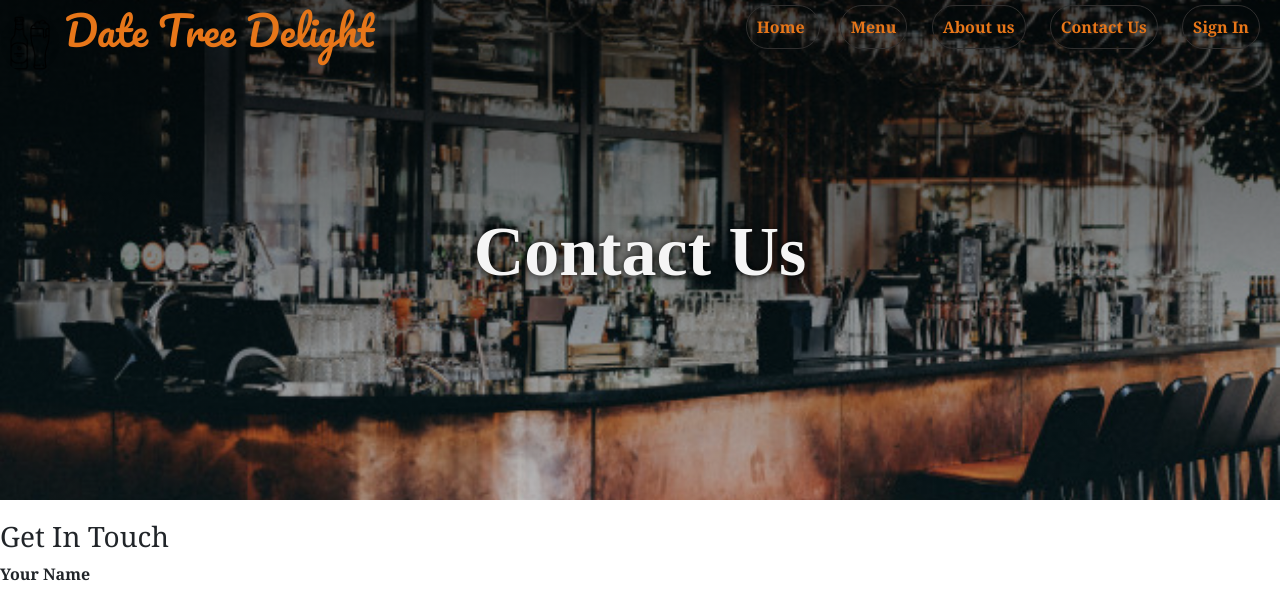
Repository: jadagoring/DateTreeDelight
Page: http://localhost/contactus.php
The author's editor kept a copy of each file at every save. The page is drawn from the files as they stood at one save, then again after the next save.
The browser window is 1280 px wide. The pictures show the part of the page from y = 0 to 600 px (the page is 1604 px tall before and 1642 px after).
Pictures or frames that could not be fetched are drawn as grey boxes. Some web fonts or font styles are not loaded; a fallback is used. Some web libraries are served in a nearby version. The page is run by PHP 8.4 with error messages shown; the project is at /var/www/html/.

Above is the page before, as saved 2020-06-04 13:33:55.

### contactus.php
<?php
include "templates/header.php";
?>

<div class="contactus-header">
    <div class="seperator-div"></div>
    <h1 class="contactus-hdr">Contact Us</h1>
</div>

<div class="contactus-body">
    <div class="contact-map">
        <iframe src="https://www.google.com/maps/embed?pb=!1m14!1m8!1m3!1d970.731163968368!2d-59.582570999999994!3d13.292647000000047!3m2!1i1024!2i768!4f13.1!3m3!1m2!1s0x0%3A0xdbafc17f6561b8ef!2sDate%20tree%20hill%20bar!5e0!3m2!1sen!2sus!4v1591291810439!5m2!1sen!2sus" width="600" height="500" frameborder="0" style="border:0;" allowfullscreen="" aria-hidden="false" tabindex="0"></iframe>
    </div>
    <div class="contact-left">
        <div class="contact-form">
            <div class="contact-left">
                <form action="/">
                    <div class="contact-form-info">
                        <div class="contact-form-info2">
                            <h3 style="padding-top: 20px">Get In Touch</h3>
                            <p class="contact-form-text">Your Name</p>
                            <input type="text" name="name" class="contact-form-input">
                            <p class="contact-form-text">Your Email</p>
                            <input type="text" name="email" class="contact-form-input">
                            <p class="contact-form-text">Subject</p>
                            <input type="text" name="subject" class="contact-form-input">
                            <p class="contact-form-text">Your Message</p>
                            <input type="text" name="message" class="contact-form-textbox">
                            <br>
                            <button type="submit" class="contact-form-button">Submit</button>
                        </div>
                    </div>
                </form>
            </div>
        </div>
    </div>
</div>

<?php include "templates/footer.php"; ?>

### templates/header.php
<?php
session_start();

if (isset($_SESSION['Occupation'])) {
    $Occupation = $_SESSION['Occupation'];
}
else{
    $Occupation = "Random";
}
?>
<!DOCTYPE html>
<html lang="en">

<head>
    <meta charset="UTF-8">
    <meta name="viewport" content="width=device-width, initial-scale=1.0">
    <title>Date Tree Delight</title>

    <!-- CSS -->
    <link rel="stylesheet" href="https://stackpath.bootstrapcdn.com/bootstrap/4.4.1/css/bootstrap.min.css" integrity="sha384-Vkoo8x4CGsO3+Hhxv8T/Q5PaXtkKtu6ug5TOeNV6gBiFeWPGFN9MuhOf23Q9Ifjh" crossorigin="anonymous">
    <link rel="stylesheet" href="assets\css\styles.css">

    <!-- JavaScript -->
    <script src="https://code.jquery.com/jquery-3.4.1.slim.min.js" integrity="sha384-J6qa4849blE2+poT4WnyKhv5vZF5SrPo0iEjwBvKU7imGFAV0wwj1yYfoRSJoZ+n" crossorigin="anonymous"></script>
    <script src="https://cdn.jsdelivr.net/npm/popper.js@1.16.0/dist/umd/popper.min.js" integrity="sha384-Q6E9RHvbIyZFJoft+2mJbHaEWldlvI9IOYy5n3zV9zzTtmI3UksdQRVvoxMfooAo" crossorigin="anonymous"></script>
    <script src="https://stackpath.bootstrapcdn.com/bootstrap/4.4.1/js/bootstrap.min.js" integrity="sha384-wfSDF2E50Y2D1uUdj0O3uMBJnjuUD4Ih7YwaYd1iqfktj0Uod8GCExl3Og8ifwB6" crossorigin="anonymous"></script>
    <script src="https://kit.fontawesome.com/e9662c41f5.js" crossorigin="anonymous"></script>
</head>

<body>
    <!-- No log in -->
    <?php if ($Occupation == "Random") { ?>

    <div id="Navbar" class="nav-bar">
        <div class="right-nav">
            <a href="index.php" class="side-links">Home </a>
            <a href="Menu.php" class="side-links">Menu</a>
            <a href="Aboutus.php" class="side-links">About us</a>
            <a href="Contactus.php" class="side-links">Contact Us</a>
            <a href="login.html" class="side-links" style="margin-right:20px">Sign In</a>
        </div>

        <div class="left-nav">
            <div class="left-info">
                <img src="assets\images\l-07-512.png" style="width: 60px; height: 60px; border-radius: 30px;" alt="Logo">
                <span class="nav-text">Date Tree Delight</span>
            </div>
        </div>
    </div>
    <?php
    }
    ?>

    <!-- Customers login -->
    <?php if ($Occupation == "Customer") { ?>

        <div id="Navbar" class="nav-bar">
            <div class="right-nav">
                <a href="shoppingcart.php"><img src="assets/images/shopping-cart.png" alt="shoppingcart" class="shop-cart"></a>
                <a href="index.php" class="side-links">Home </a>
                <a href="Menu.php" class="side-links">Menu</a>
                <a href="Aboutus.php" class="side-links">About us</a>
                <a href="Contactus.php" class="side-links">Contact Us</a>
                <a href="signout.php" class="side-links" style="margin-right:20px">Sign Out</a>
            </div>

            <div class="left-nav">
                <div class="left-info">
                    <img src="assets\images\l-07-512.png" style="width: 60px; height: 60px; border-radius: 30px;" alt="Logo">
                    <span class="nav-text">Date Tree Delight</span>
                </div>
            </div>
        </div>
    <?php
    }
    ?>

    <!-- Employees Logged in -->
    <?php if ($Occupation == "Employee") { ?>

        <div id="Navbar" class="nav-bar">
            <div class="right-nav">
                <a href="order.php" class="side-links">Orders </a>
                <a href="inventory.php" class="side-links">Inventory</a>
                <a href="inquiries.php" class="side-links">Inquiries</a>
                 <a href="signout.php" class="side-links" style="margin-right:20px">Sign Out</a>
            </div>

            <div class="left-nav">
                <div class="left-info">
                    <img src="assets\images\l-07-512.png" style="width: 60px; height: 60px; border-radius: 30px;" alt="Logo">
                    <span class="nav-text">Date Tree Delight</span>
                </div>
            </div>
        </div>
    <?php } ?>

    <!-- Admin logged in -->
    <?php if ($Occupation == "Owner") { ?>
        <div id="Navbar" class="nav-bar">
            <div class="right-nav">
                <a href="events.php" class="side-links">Events</a>
                <a href="order.php" class="side-links">Orders</a>
                <a href="inventory.php" class="side-links">Inventory</a>
                <a href="inquiries.php" class="side-links">Inquires</a>
                <a href="Employees.php" class="side-links">Employees</a>
                <a href="signout.php" class="side-links" style="margin-right:20px">Sign Out</a>
            </div>

            <div class="left-nav">
                <div class="left-info">
                    <img src="assets\images\l-07-512.png" style="width: 60px; height: 60px; border-radius: 30px;" alt="Logo">
                    <span class="nav-text">Date Tree Delight</span>
                </div>
            </div>
        </div>
    <?php } ?>

### templates/footer.php
    <div class="footer">
        <div class="container">
            <div class="row footer-nav">
                <div class="col-2"> <a href="index.html" class="side-links">Home </a> </div>
                <div class="col-2"> <a href="Menu.html" class="side-links">Menu</a> </div>
                <div class="col-2"> <a href="Orders.html" class="side-links">Order</a> </div>
                <div class="col-2"> <a href="Aboutus.html" class="side-links">About us</a> </div>
                <div class="col-2"> <a href="Contactus.html" class="side-links">Contact Us</a> </div>
                <div class="col-2"> <a href="Vorder.html" class="side-links">View Orders</a> </div>
            </div>

            <div class="spacer-div"></div>
            <div class="row footer-nav-text">
                <div style="text-align:center; margin-left: auto; margin-right: auto;">
                    <hr class="footer-hr" style="width:300px;">
                    <p class="footer-text"> Address: </p>
                    <p>Date Tree Hill, St. Peter</p>
                    <hr class="footer-hr" style="width:200px;">
                    <p class="footer-text">Telephone No.:</p>
                    <p>1 (246) 555-5050</p>
                    <hr class="footer-hr" style="width:100px;">
                </div>
            </div>

            <div class="row">
                <div class="socials" style="text-align:center; margin-left: auto; margin-right: auto;">
                    <p> <a href="https://instagram.com/datetreedelight?igshid=wuq8k1wrkhhx"><i class="fab fa-instagram"></i> </a>
                        <a href="https://facebook.com/datetreedelight246"><i class="fab fa-facebook-square"> </i></a>
                    </p>
                </div>
            </div>

            <div class="row">
                <div class="footer-comp" style="text-align:center; margin-left: auto; margin-right: auto;">
                    <p> Created By: <span class="footer-company"> Code Like a Girl &copy </span> </p>
                </div>
            </div>

        </div>
    </div>
    </body>

    </html>

### assets/css/styles.css
/*Global Tag*/

* {
    margin: 0;
    padding: 0;
    font-family: Cambria, Cochin, Georgia, Times, 'Times New Roman', serif;
}

p {
    font-family: Georgia, 'Times New Roman', Times, serif;
    font-weight: bolder;
}

@font-face {
    font-family: Pacifico;
    src: url('../fonts/Pacifico/Pacifico-Regular.ttf');
}

@font-face {
    font-family: Merriweather;
    src: url('../fonts/Merriweather/');
}

table,
th,
td {
    border: 1px solid black;
}

table {
    width: 1080px;
    margin-top: 50px;
    margin-bottom: 50px;
}

th {
    text-align: center;
}

td {
    padding: 10px;
}


/* Classes */

.about-body {
    background-color: whitesmoke;
}

.about-header {
    height: 500px;
    background: linear-gradient(rgba(0, 0, 0, 0.7), rgba(0, 0, 0, 0.7)), url("../images/wine.jpg");
    background-repeat: no-repeat;
    background-size: cover;
    width: 100%;
    background-position-y: center;
}

.about-h {
    color: rgb(231, 118, 25);
    font-family: Georgia, 'Times New Roman', Times, serif;
}

.about-h2 {
    color: rgb(231, 118, 25);
    font-family: Georgia, 'Times New Roman', Times, serif;
    font-weight: bold;
}

.about-p {
    color: green;
}

.about-hr {
    width: 1000px;
    margin-left: auto;
    margin-right: auto;
    background-color: darkgrey;
}

.aboutus-header {
    font-family: Merriweather;
    font-weight: bold;
    font-size: 60px;
    color: whitesmoke;
    text-shadow: 0 0 10px black;
    text-align: center;
    padding-top: 110px;
}

.about-section-row {
    width: 50%;
    height: 400px;
    margin: 0 auto 0 auto;
    text-align: left;
    padding-top: 30px;
    padding-bottom: 30px;
}

.about-img {
    width: 250px;
    height: 370px;
    float: left;
    margin-right: 30px;
}

.about-img1 {
    width: 250px;
    height: 370px;
    float: right;
    margin-left: 30px;
}

.about-img2 {
    width: 250px;
    height: 370px;
    float: left;
    margin-right: 30px;
}

.billing-tbl {
    width: 900px;
    margin: 20px;
    padding: 20px;
}

.center {
    text-align: center;
}

.checkout-btn {
    background-color: rgb(197, 91, 4, 0.9);
    color: rgb(71, 192, 34);
    text-shadow: 0 0 5px black;
    font-family: Pacifico;
    font-size: 20px;
    border: none;
    padding: 25px 75px 25px 75px;
    border-radius: 50px;
    margin-bottom: 20px;
}

.checkout-btn:hover {
    transition-duration: 1s;
    background-color: rgba(55, 161, 23, 0.9);
    color: rgb(231, 118, 25);
}

.checkout-header {
    height: 500px;
    background: linear-gradient(rgba(0, 0, 0, 0.7), rgba(0, 0, 0, 0.7)), url("../images/checkout.jpg");
    background-repeat: no-repeat;
    background-size: cover;
    width: 100%;
    background-position-y: center;
}

.checkout-hdr {
    font-family: Merriweather;
    font-weight: bold;
    font-size: 60px;
    color: whitesmoke;
    text-shadow: 0 0 10px black;
    text-align: center;
    padding-top: 110px;
}

.contactus-header {
    height: 500px;
    background: linear-gradient(rgba(0, 0, 0, .7), rgba(0, 0, 0, .20)), url("../images/bar5.jpg");
    background-repeat: no-repeat;
    background-size: cover;
    width: 100%;
    background-position-y: center;
}

.contactus-hdr {
    font-family: Merriweather;
    font-weight: bold;
    font-size: 70px;
    color: whitesmoke;
    text-shadow: 0 0 10px black;
    text-align: center;
    padding-top: 110px;
}

.contactus-body{
    height: 700px;
    width: 100%;
}

.contact-map{
    float: right;
    width: 50%;
    margin-top: 100px;
}

.emp-body {
    margin-left: 200px;
}

.emp-header {
    width: 100%;
    background: linear-gradient(rgba(0, 0, 0, 0.7), rgba(0, 0, 0, 0.7)), url("../images/shopcart.jpg");
    background-repeat: no-repeat;
    background-size: cover;
    height: 500px;
}

.emp-hdr {
    font-family: Merriweather;
    font-weight: bold;
    font-size: 60px;
    color: whitesmoke;
    text-shadow: 0 0 10px black;
    text-align: center;
    padding-top: 110px;
}

.event-body {
    margin-left: 200px;
    margin-top: 20px
}

.event-header {
    width: 100%;
    background: linear-gradient(rgba(0, 0, 0, 0.7), rgba(0, 0, 0, 0.7)), url("../images/shopcart.jpg");
    background-repeat: no-repeat;
    background-size: cover;
    height: 500px;
}

.event-hdr {
    font-family: Merriweather;
    font-weight: bold;
    font-size: 60px;
    color: whitesmoke;
    text-shadow: 0 0 10px black;
    text-align: center;
    padding-top: 110px;
}

.footer {
    background-color: rgb(43, 43, 43);
    width: 100%;
    height: 100%;
}

.footer-nav {
    padding-top: 20px;
}

.footer-nav-text {
    color: rgb(231, 118, 25);
}

.footer-nav a:link {
    text-decoration: none;
    color: green;
    border-radius: 50px;
    font-weight: bold;
}

.footer-nav a:hover {
    transition-duration: 1s;
    color: black;
    background-color: rgb(231, 118, 25);
}

.footer-nav a:visited {
    text-decoration: none;
    color: green;
    border-radius: 50px;
    font-weight: bold;
}

.footer-comp {
    color: green;
}

.footer-company {
    font-style: italic;
    font-size: 1.5em;
    font-family: 'Dancing Script', cursive;
    color: rgb(231, 118, 25);
}

.footer-text {
    color: green;
}

.footer-hr {
    background-color: grey;
    margin-left: auto;
    margin-right: auto;
}

.headers {
    text-align: center;
    padding-top: 85px;
}

.headerss {
    text-align: center;
    width: 100%;
    height: 450px;
    background: linear-gradient(rgba(0, 0, 0, 0.7), rgba(0, 0, 0, 0.7)), url("../images/stockvault-bar-glasses186850.jpg");
    background-size: cover;
    background-position-x: center;
    background-position-y: center;
    background-repeat: no-repeat;
    color: rgb(231, 118, 25);
}

.img-row {
    width: 200px;
    height: 150px;
    background-position: center;
    background-size: cover;
}

img {
    max-width: 100%;
    max-height: 100%;
    width: 100%;
    height: 100%;
    border-radius: 20px;
}

.img-responsive {
    width: 200px;
    height: 200px;
}

.index-header {
    font-family: Merriweather;
    color: white;
    font-weight: bolder;
    font-size: 60px;
}

.inv-header {
    width: 100%;
    background: linear-gradient(rgba(0, 0, 0, 0.7), rgba(0, 0, 0, 0.7)), url("../images/order.jpg");
    background-repeat: no-repeat;
    background-size: cover;
    height: 500px;
}

.inv-hdr {
    font-family: Merriweather;
    font-weight: bold;
    font-size: 60px;
    color: whitesmoke;
    text-shadow: 0 0 10px black;
    text-align: center;
    padding-top: 110px;
}

.inq-header {
    width: 100%;
    background: linear-gradient(rgba(0, 0, 0, 0.7), rgba(0, 0, 0, 0.7)), url("../images/order.jpg");
    background-repeat: no-repeat;
    background-size: cover;
    height: 500px;
}

.inq-hdr {
    font-family: Merriweather;
    font-weight: bold;
    font-size: 60px;
    color: whitesmoke;
    text-shadow: 0 0 10px black;
    text-align: center;
    padding-top: 110px;
}

.items {
    background-image: linear-gradient(rgba(0, 0, 0, 0.4), rgba(0, 0, 0, 0.4)), url("../images/wood.jpg");
    background-repeat: no-repeat;
    background-size: cover;
    text-align: center;
    height: 360px;
    width: 100%;
    padding-top: 50px;
}

.left-nav {
    float: left;
    width: 500px;
    height: 100px;
}

.menu-btn {
    background-color: rgb(197, 91, 4, 0.9);
    color: rgb(71, 192, 34);
    text-shadow: 0 0 5px black;
    font-family: Pacifico;
    font-size: 20px;
    border: none;
    padding: 25px 75px 25px 75px;
    border-radius: 50px;
    margin-top: 20px;
}

.menu-btn:hover {
    transition-duration: 1s;
    background-color: rgba(55, 161, 23, 0.9);
    color: rgb(231, 118, 25);
}

.menu-header {
    height: 500px;
    background: linear-gradient(rgba(0, 0, 0, 0.7), rgba(0, 0, 0, 0.7)), url("../images/booze.jpg");
    background-repeat: no-repeat;
    background-size: cover;
    width: 100%;
    background-position-y: center;
}

.menu-hdr {
    font-family: Merriweather;
    font-weight: bold;
    font-size: 60px;
    color: whitesmoke;
    text-shadow: 0 0 10px black;
    text-align: center;
    padding-top: 110px;
}

.menu-title {
    font-family: Merriweather;
    color: rgb(231, 118, 25);
    font-size: 30px;
    font-style: italic;
    font-weight: bold;
}

.nav-bar a:visited {
    text-decoration: none;
    color: rgb(231, 118, 25);
    border: 1px solid rgb(48, 47, 47);
    border-radius: 50px;
    font-weight: bold;
    padding: 10px;
}

.nav-bar a:link {
    text-decoration: none;
    color: rgb(231, 118, 25);
    border: 1px solid rgb(48, 47, 47);
    border-radius: 50px;
    font-weight: bold;
    padding: 10px;
}

.nav-bar a:hover {
    transition-duration: 1s;
    color: black;
    background-color: rgb(231, 118, 25);
    border: none;
}

.nav-bar {
    width: 100%;
    height: 70px;
    background-color: transparent;
    position: absolute;
    top: 0;
    color: rgb(231, 118, 25);
    margin-bottom: 100px;
}

.nav-text {
    font-size: 40px;
    font-family: Pacifico;
}

.order-header {
    background-image: linear-gradient(rgba(0, 0, 0, 0.7), rgba(0, 0, 0, 0.7)), url("../images/order.jpg");
    background-size: cover;
    background-repeat: no-repeat;
    height: 500px;
    width: 100%;
}

.order-hdr {
    font-family: Merriweather;
    font-weight: bold;
    font-size: 60px;
    color: whitesmoke;
    text-shadow: 0 0 10px black;
    text-align: center;
    padding-top: 110px;
}

.order-info-header {
    background-image: linear-gradient(rgba(0, 0, 0, 0.7), rgba(0, 0, 0, 0.7)), url("../images/order.jpg");
    background-size: cover;
    background-repeat: no-repeat;
    height: 500px;
    width: 100%;
}

.order-info-hdr {
    font-family: Merriweather;
    font-weight: bold;
    font-size: 60px;
    color: whitesmoke;
    text-shadow: 0 0 10px black;
    text-align: center;
    padding-top: 110px;
}

.product-title {
    color: rgb(231, 118, 25);
    text-shadow: 0 0 5px black;
    font-size: 35px;
    font-family: Merriweather;
    font-weight: bold;
}

.product-row:hover .Test-t {
    visibility: visible;
}

.product-row:hover .Test-tt {
    filter: brightness(30%);
}

.product-row {
    position: relative;
    float: left;
    margin-left: 50px;
    color: rgb(231, 118, 25);
    text-shadow: 0 0 5px black;
    font-size: 30px;
    font-family: Merriweather;
    font-weight: bold;
    position: relative;
}

.product-row h3 {
    font-family: Georgia, 'Times New Roman', Times, serif;
    font-size: 20px;
}

.right-nav {
    float: right;
    margin-top: 15px;
}

.side-links {
    margin-left: 20px;
    padding-left: 10px;
    padding-right: 10px;
}

.seperator-div {
    padding-bottom: 100px;
}

.shop-cart {
    width: 25px;
    height: 25px;
}

.shopcart-body {
    padding-top: 20px;
}

.shopcart-h {
    color: rgb(231, 118, 25);
    text-align: center;
    font-family: Merriweather;
    font-weight: bold;
    font-style: italic;
}

.shopcart-header {
    height: 500px;
    background: linear-gradient(rgba(0, 0, 0, 0.7), rgba(0, 0, 0, 0.7)), url("../images/shopcart.jpg");
    background-repeat: no-repeat;
    background-size: cover;
    width: 100%;
    background-position-y: center;
}

.shopcart-hdr {
    font-family: Merriweather;
    font-weight: bold;
    font-size: 60px;
    color: whitesmoke;
    text-shadow: 0 0 10px black;
    text-align: center;
    padding-top: 110px;
}

.spacer-div {
    margin-top: 20px;
}

.socials {
    font-size: 30px;
}


/*
    transform: scale(1.5);
}
*/

.Test-t {
    position: absolute;
    bottom: 50px;
    text-shadow: 0 0 2px black;
    right: 40px;
    visibility: hidden;
}

.textbox {
    width: 1000px;
}

.welcome-btn {
    background-color: rgb(197, 91, 4, 0.9);
    color: rgb(71, 192, 34);
    text-shadow: 0 0 5px black;
    font-family: Pacifico;
    font-size: 20px;
    border: none;
    padding: 25px 75px 25px 75px;
    border-radius: 50px;
}

.welcome-btn:hover {
    transition-duration: 1s;
    background-color: rgba(55, 161, 23, 0.9);
    color: rgb(231, 118, 25);
}

After the next save:
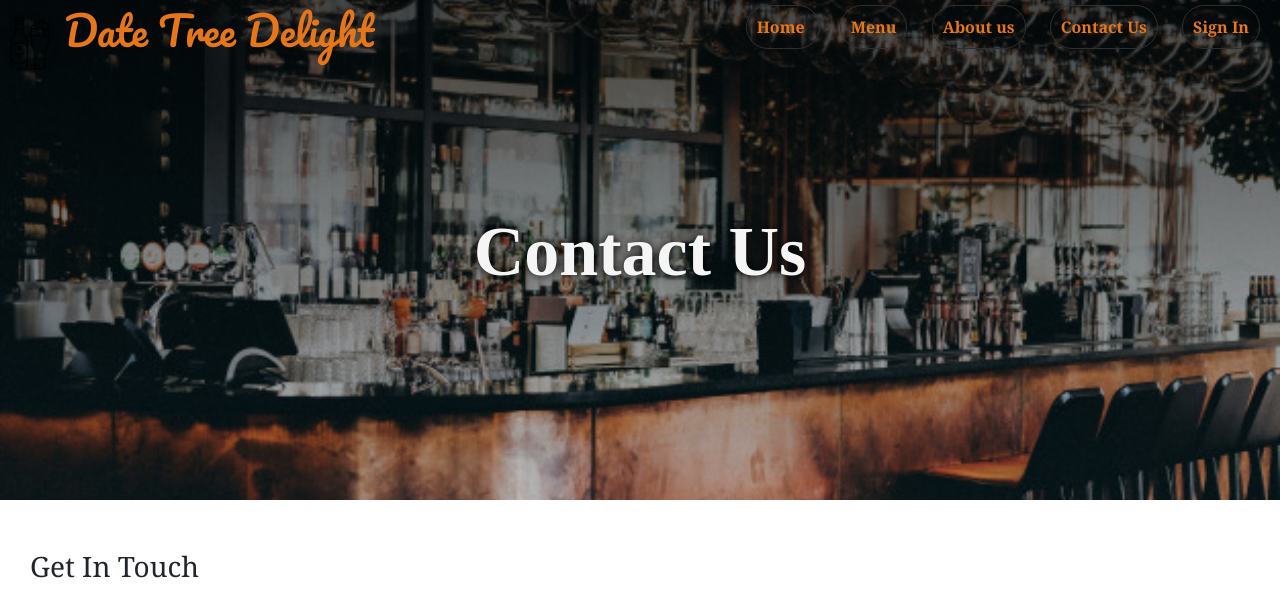
Saved 28 s later.
--- a/assets/css/styles.css
+++ b/assets/css/styles.css
@@ -190,6 +190,55 @@ td {
     width: 100%;
 }
 
+.contact-form-info {
+    margin-top: 30px;
+    background-color: white;
+    width: 80%;
+}
+
+
+.contact-form-info2 {
+    padding-left: 30px;
+}
+
+.contact-form-text {
+    padding-top: 10px;
+}
+
+.contact-form-button {
+    margin-top: 20px;
+    margin-bottom: 30px;
+}
+
+.contact-form-input {
+    width: 80%;
+    border: none;
+    outline: none;
+    border-bottom: 2px solid grey;
+    background-color: transparent;
+    cursor: default;
+}
+
+.contact-form-input:hover {
+    border-bottom: 2px solid #13df13;
+    transition-duration: 0.5s;
+}
+
+.contact-form-textbox {
+    width: 80%;
+    height: 200px;
+    border: none;
+    outline: none;
+    border-bottom: 2px solid grey;
+    background-color: transparent;
+    cursor: default;
+}
+
+.contact-form-textbox:hover {
+    border-bottom: 2px solid #13df13;
+    transition-duration: 0.5s;
+}
+
 .contact-map{
     float: right;
     width: 50%;
